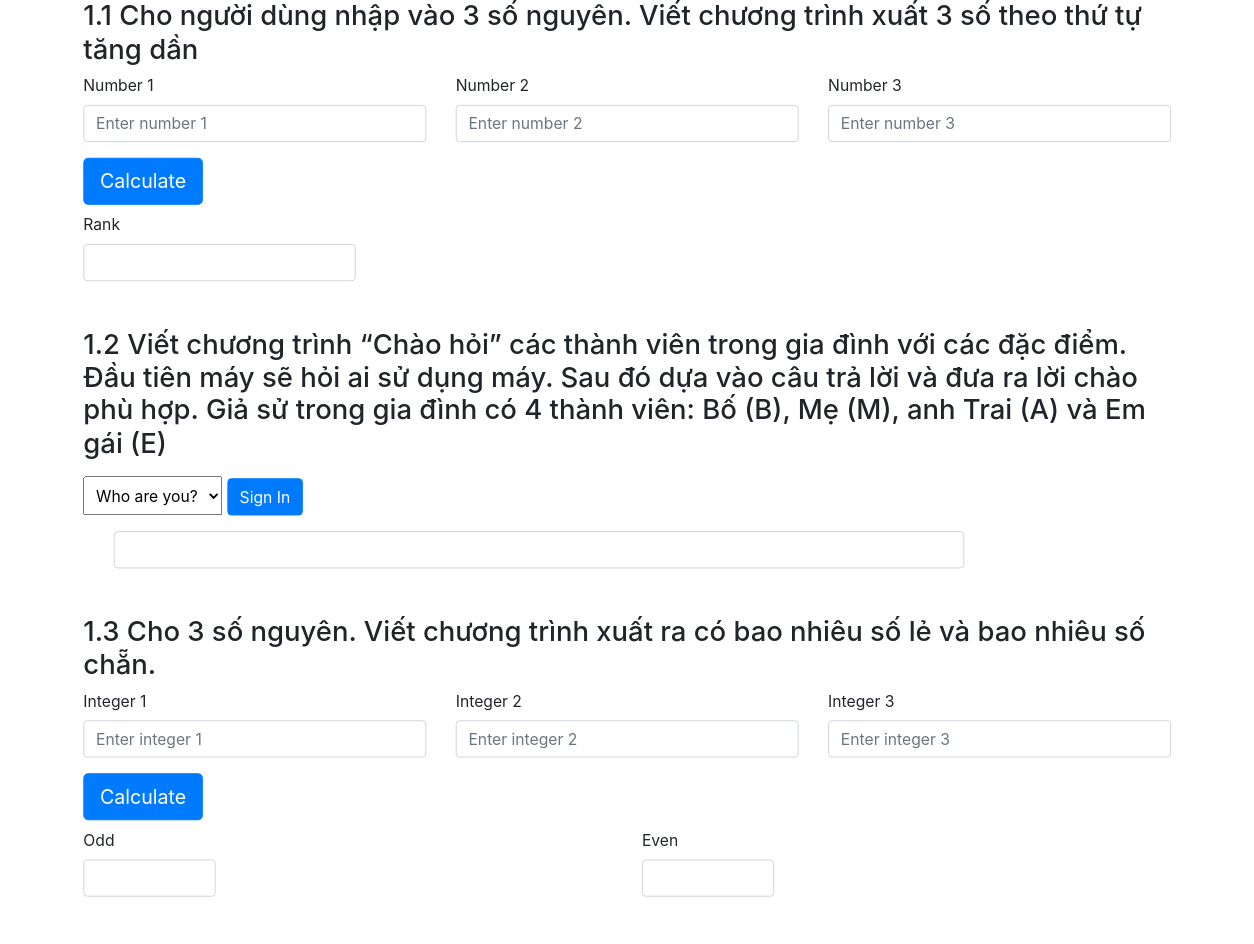
Repository: baobaodeveloper/bootscamp21__jsbasic__HuynhAnhBao
Page: index.html
These files come from the project's save history. The page is drawn as it stood at one moment and after the next save; the edit follows.
The browser window is 1280 px wide. The pictures show the whole page, at 98% of full size.

Above is the page before, as saved 2022-03-10 19:03:51.

### index.html
<!DOCTYPE html>
<html lang="en">
  <head>
    <title>javaScript basic</title>
    <!-- Required meta tags -->
    <meta charset="utf-8" />
    <meta
      name="viewport"
      content="width=device-width, initial-scale=1, shrink-to-fit=no"
    />

    <!-- Bootstrap CSS -->
    <link
      rel="stylesheet"
      href="https://stackpath.bootstrapcdn.com/bootstrap/4.3.1/css/bootstrap.min.css"
      integrity="sha384-ggOyR0iXCbMQv3Xipma34MD+dH/1fQ784/j6cY/iJTQUOhcWr7x9JvoRxT2MZw1T"
      crossorigin="anonymous"
    />
  </head>
  <body>
    <!-- Cho người dùng nhập vào 3 số nguyên. Viết chương trình xuất 3 số theo thứ tự tăng dần -->
    <div class="container mb-xl-5">
      <h3>
        1.1 Cho người dùng nhập vào 3 số nguyên. Viết chương trình xuất 3 số
        theo thứ tự tăng dần
      </h3>

      <div class="row">
        <div class="col">
          <label class="form-label">Number 1</label>
          <input
            type="text"
            class="form-control num1"
            placeholder="Enter number 1"
          />
        </div>
        <div class="col">
          <label class="form-label">Number 2</label>
          <input
            type="number"
            class="form-control num2"
            placeholder="Enter number 2"
          />
        </div>
        <div class="col">
          <label class="form-label">Number 3</label>
          <input
            type="number"
            class="form-control num3"
            placeholder="Enter number 3"
          />
        </div>
      </div>

      <button type="button " class="btn btn-primary btn-lg mt-3 mb-2 btn-rank">
        Calculate
      </button>

      <div class="mt-3 m-auto">
        <label class="form-label">Rank</label>
        <input type="text" class="form-control w-25 result1" />
      </div>
    </div>

    <!-- Viết chương trình “Chào hỏi” các thành viên trong gia đình với các đặc điểm. Đầu tiên máy
    sẽ hỏi ai sử dụng máy. Sau đó dựa vào câu trả lời và đưa ra lời chào phù hợp. Giả sử trong
    gia đình có 4 thành viên: Bố (B), Mẹ (M), anh Trai (A) và Em gái (E) -->
    <div class="container mb-5">
      <h3 class="mb-3">
        1.2 Viết chương trình “Chào hỏi” các thành viên trong gia đình với các
        đặc điểm. Đầu tiên máy sẽ hỏi ai sử dụng máy. Sau đó dựa vào câu trả lời
        và đưa ra lời chào phù hợp. Giả sử trong gia đình có 4 thành viên: Bố
        (B), Mẹ (M), anh Trai (A) và Em gái (E)
      </h3>

      <select class="form-select p-2" aria-label="Default select example">
        <option selected>Who are you?</option>
        <option value="M">M</option>
        <option value="B">B</option>
        <option value="A">A</option>
        <option value="E">E</option>
      </select>

      <button type="button" class="btn btn-primary btn-sign-in">Sign In</button>

      <div class="m-3 row">
        <div class="col-sm-10">
          <input
            type="text"
            class="form-control output-sign-in"
            id="inputPassword"
          />
        </div>
      </div>
    </div>

    <!--  1.3 Cho 3 số nguyên. Viết chương trình xuất ra có bao nhiêu số lẻ và bao nhiêu số chẵn.-->
    <div class="container mb-xl-5">
      <h3>
        1.3 Cho 3 số nguyên. Viết chương trình xuất ra có bao nhiêu số lẻ và bao
        nhiêu số chẵn.
      </h3>

      <div class="row">
        <div class="col">
          <label class="form-label">Integer 1</label>
          <input
            type="text"
            class="form-control integer1"
            placeholder="Enter integer 1"
          />
        </div>
        <div class="col">
          <label class="form-label">Integer 2</label>
          <input
            type="number"
            class="form-control integer2"
            placeholder="Enter integer 2"
          />
        </div>
        <div class="col">
          <label class="form-label">Integer 3</label>
          <input
            type="number"
            class="form-control integer3"
            placeholder="Enter integer 3"
          />
        </div>
      </div>

      <button
        type="button "
        class="btn btn-primary btn-lg mt-3 mb-2 btn-integer"
      >
        Calculate
      </button>
      <div class="row">
        <div class="mt-3 m-auto col">
          <label class="form-label">Odd</label>
          <input type="text" class="form-control w-25 outputOdd" />
        </div>
        <div class="mt-3 m-auto col">
          <label class="form-label">Even</label>
          <input type="text" class="form-control w-25 outputEven" />
        </div>
      </div>
    </div>

    <!-- Optional JavaScript -->
    <!-- jQuery first, then Popper.js, then Bootstrap JS -->
    <script
      src="https://code.jquery.com/jquery-3.3.1.slim.min.js"
      integrity="sha384-q8i/X+965DzO0rT7abK41JStQIAqVgRVzpbzo5smXKp4YfRvH+8abtTE1Pi6jizo"
      crossorigin="anonymous"
    ></script>
    <script
      src="https://cdnjs.cloudflare.com/ajax/libs/popper.js/1.14.7/umd/popper.min.js"
      integrity="sha384-UO2eT0CpHqdSJQ6hJty5KVphtPhzWj9WO1clHTMGa3JDZwrnQq4sF86dIHNDz0W1"
      crossorigin="anonymous"
    ></script>
    <script
      src="https://stackpath.bootstrapcdn.com/bootstrap/4.3.1/js/bootstrap.min.js"
      integrity="sha384-JjSmVgyd0p3pXB1rRibZUAYoIIy6OrQ6VrjIEaFf/nJGzIxFDsf4x0xIM+B07jRM"
      crossorigin="anonymous"
    ></script>

    <!-- <script src="exercise1.js"></script> -->
    <!-- <script src="exercise2.js"></script> -->
    <script src="exercise3.js"></script>
  </body>
</html>

### exercise3.js
const interger1 = document.querySelector(".integer1");
const interger2 = document.querySelector(".integer2");
const interger3 = document.querySelector(".integer3");
const btnInteger = document.querySelector(".btn-integer");
const outputOdd = document.querySelector(".outputOdd");
const outputEven = document.querySelector(".outputEven");
btnInteger.addEventListener("click", () => {
  let odd = 0;
  let even = 0;

  +interger1.value % 2 === 0 ? even++ : odd++;

  +interger2.value % 2 === 0 ? even++ : odd++;

  +interger3.value % 2 === 0 ? even++ : odd++;

  outputOdd.value = odd;
  outputEven.value = even;
});

After the next save:
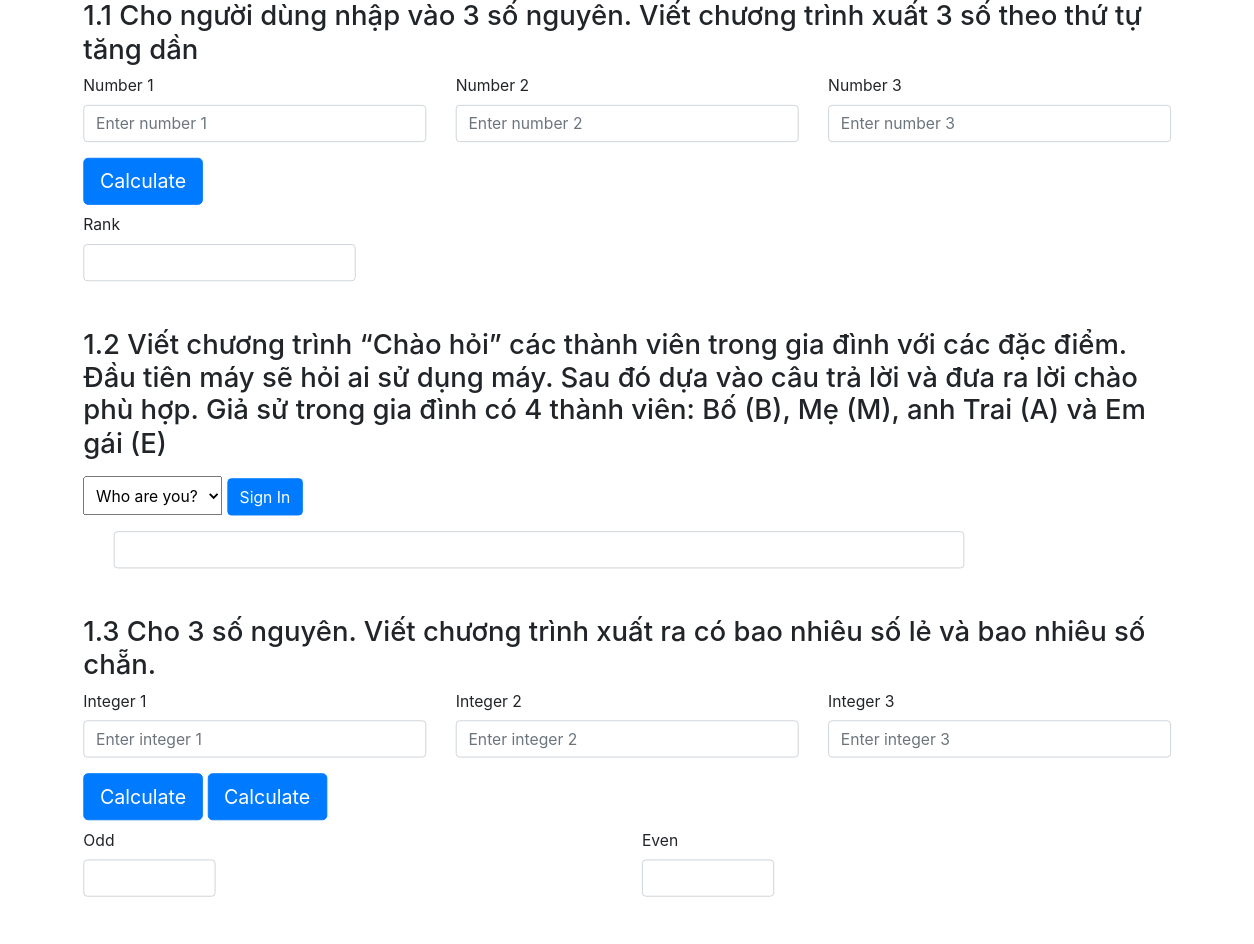
Saved 96 s later.
--- a/index.html
+++ b/index.html
@@ -134,6 +134,13 @@
       >
         Calculate
       </button>
+
+      <button
+        type="button "
+        class="btn btn-primary btn-lg mt-3 mb-2 btn-integer"
+      >
+        Calculate
+      </button>
       <div class="row">
         <div class="mt-3 m-auto col">
           <label class="form-label">Odd</label>
